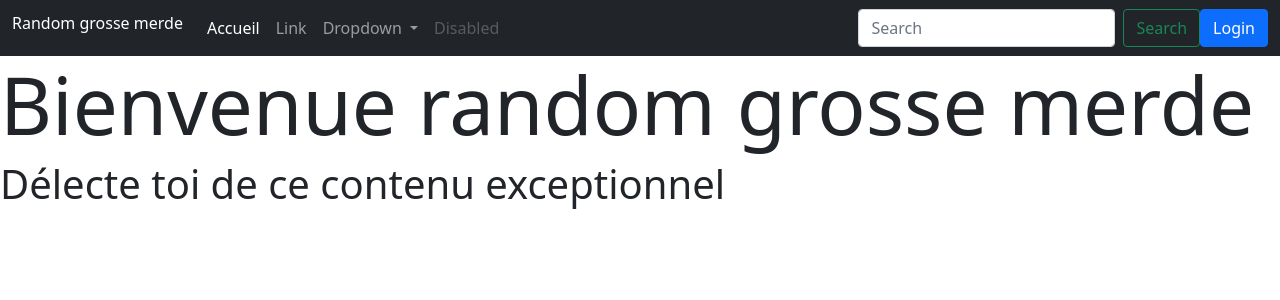
Repository: Mini-T/php-propre
Page: http://localhost/Accueil.php
The author's editor kept a copy of each file at every save. The page is drawn from the files as they stood at one save, then again after the next save.
The browser window is 1280 px wide. The pictures show the whole page.
The page is run by PHP 8.4 with error messages shown; the project is at /var/www/html/. Queries for data that is not in the repository find no rows.

Above is the page before, as saved 2021-03-11 08:51:54.

### proj/Accueil.php

<?php require_once("include/header.inc.php"); ?>
<div id="page">

    <h1 class="display-1 bienvenue"> Bienvenue <?php if(isset($_SESSION['username'])){
        echo $_SESSION['username'] ?> </h1>
    <?php } else {
        echo "random grosse merde";
    } ?>
    <h4 class="display-6 sub">Délecte toi de ce contenu exceptionnel </h2>
</div>
<br>
<div class="affichage">
    <?php
    $affichage = $pdo->query("SELECT * FROM joke");
    while ($fetchaffi = $affichage->fetch(PDO::FETCH_OBJ)) { ?>
        <div class="card" style="width: 18rem;">

            <div class="card-body">
                <h5 class="card-title"><?php echo $fetchaffi->utilisateur ?></h5>
                <h6 class="display-6" style="font-size: 15px;"><?php echo $fetchaffi->date, $fetchaffi->heure ?> </h6>
                <p class="card-text"><?php $fetchaffi->content?></p>
                <a href="#" class="btn btn-primary">Go somewhere</a>
            </div>
        </div>



    <?php } ?>










</div>
<?php require_once("include/footer.inc.php"); ?>

### proj/include/header.inc.php
<!DOCTYPE html>
<html lang="en">

<head>
    <meta charset="UTF-8">
    <meta http-equiv="X-UA-Compatible" content="IE=edge">
    <meta name="viewport" content="width=device-width, initial-scale=1.0">
    <title>Document</title>
    <script src="vendors/js/bootstrap.js"></script>
    <link rel="stylesheet" href="vendors/css/bootstrap.css">
    <link rel="custom" href="/additional-css/FormRegister.css">


    <?php
    require_once 'init/pdo.init.php';
    require_once 'function.php';
    if(isset($_COOKIE['username'])){
        session_start();
        $_SESSION['username'] = $_COOKIE['username'];

    } else {

        if (isset($_COOKIE['stillconnect'])) {
            if (!isset($_SESSION)) {
                session_start();
                $_SESSION['username'] = $_COOKIE['stillconnect'];
                $thatuser = $_SESSION['username'];
                setcookie('stillconnect', $thatuser, time() + 31536000);
            }
        }
    }
    ?>
</head>

<body>

    <nav class="navbar navbar-expand-lg navbar-dark bg-dark">
        <div class="container-fluid">
            <a class="navbar-brand" href="#">
                <?php if (isset($_SESSION['username'])) { ?>
                    <h6 id="navign"> <?php echo $_SESSION['username'] ?></h6>
                <?php } else{ ?>
                    <h6 id="navign"> <?php echo 'Random grosse merde' ?></h6>
               <?php } ?>
            </a>
            <button class="navbar-toggler" type="button" data-bs-toggle="collapse" data-bs-target="#navbarSupportedContent" aria-controls="navbarSupportedContent" aria-expanded="false" aria-label="Toggle navigation">
                <span class="navbar-toggler-icon"></span>
            </button>
            <div class="collapse navbar-collapse" id="navbarSupportedContent">
                <ul class="navbar-nav me-auto mb-2 mb-lg-0">
                    <li class="nav-item">
                        <a class="nav-link active" aria-current="page" href="./Accueil.php">Accueil</a>
                    </li>
                    <li class="nav-item">
                        <a class="nav-link" href="#">Link</a>
                    </li>
                    <li class="nav-item dropdown">
                        <a class="nav-link dropdown-toggle" href="#" id="navbarDropdown" role="button" data-bs-toggle="dropdown" aria-expanded="false">
                            Dropdown
                        </a>
                        <ul class="dropdown-menu" aria-labelledby="navbarDropdown">
                            <li><a class="dropdown-item" href="#">Action</a></li>
                            <li><a class="dropdown-item" href="#">Another action</a></li>
                            <li>
                                <hr class="dropdown-divider">
                            </li>
                            <li><a class="dropdown-item" href="#">Something else here</a></li>
                        </ul>
                    </li>
                    <li class="nav-item">
                        <a class="nav-link disabled" href="#" tabindex="-1" aria-disabled="true">Disabled</a>
                    </li>
                </ul>


                <form class="d-flex">
                    <input class="form-control me-2" type="search" placeholder="Search" aria-label="Search">
                    <button class="btn btn-outline-success" type="submit">Search</button>

                </form>
                <?php if (isset($_SESSION['username'])) { ?>
                    <form action="#" method="post">
                            <input type="submit" value="Logout" class="btn btn-primary Logout" name="Logout" /></form>
                    <?php
                    if(isset($_POST['Logout'])){
                        session_destroy();
                        $_SESSION = array();
                        unset($_COOKIE['username']);
                        unset($_COOKIE['stillconnect']);
                    }
                } else { ?>
                        <form action="/proj/FormLogin.php" method="post">
                            <input type="submit" value="Login" class="btn btn-primary Login" name="Login" /></form>
                    <?php } ?>


            </div>
        </div>
    </nav>
    <div class="main">

### proj/include/init/pdo.init.php
<?php try {
    $pdo = new PDO("mysql:host=localhost;dbname=réseau", "root", "");

    $pdo->setAttribute(PDO::ATTR_ERRMODE, PDO::ERRMODE_EXCEPTION);
} catch (PDOException $e) {

    echo "Connection failed: " . $e->getMessage();
}
?>

### proj/include/function.php
<?php
function InputCompletionCheck($a, $b, $c, $a1, $b1, $c1) {
   if (empty($a)) {

    echo "veuillez rentrer votre $a1";

} elseif (empty($b)) {

    echo "veuillez rentrer votre $b1 ça sert des fois";

} elseif (empty($c)) {

    echo "veuillez définir votre $c1 c'est important en vrai";

}
} ?>

Loaded but not shown: proj/include/footer.inc.php (common file); proj/vendors/js/bootstrap.js (library); proj/vendors/css/bootstrap.css (library)

After the next save:
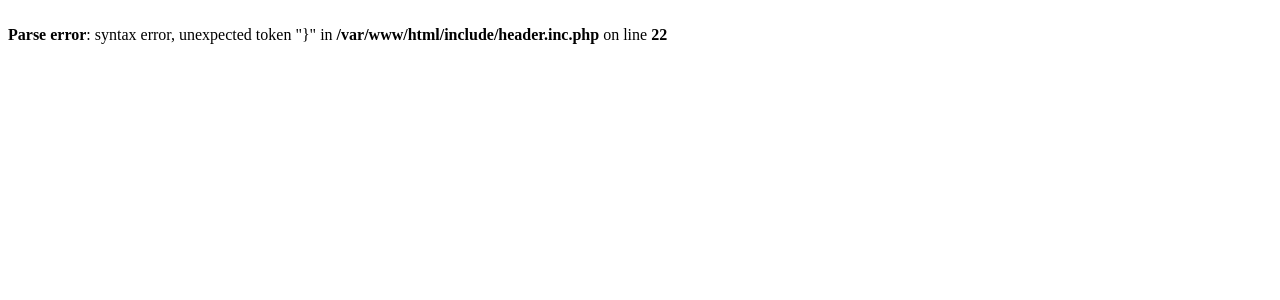
Saved 4 min 28 s later.
--- a/proj/include/header.inc.php
+++ b/proj/include/header.inc.php
@@ -17,7 +17,8 @@
     if(isset($_COOKIE['username'])){
         session_start();
         $_SESSION['username'] = $_COOKIE['username'];
-
+        unset($_COOKIE['username']);
+        setcookie('username', null, -1, '/')
     } else {
 
         if (isset($_COOKIE['stillconnect'])) {

After the save that followed:
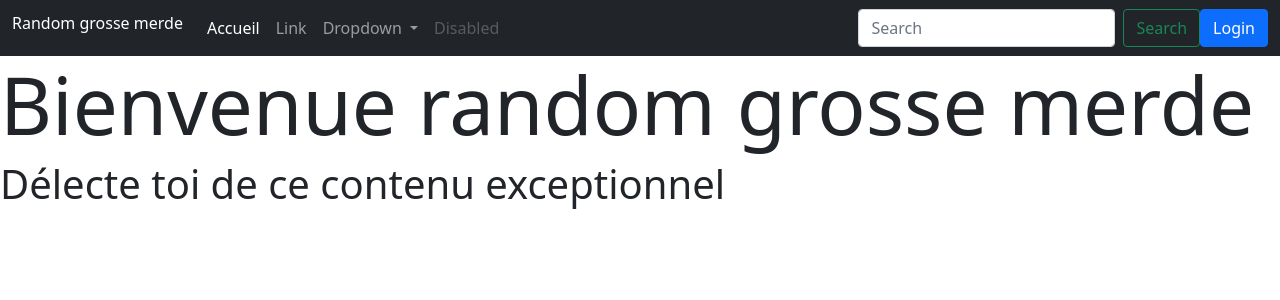
Saved 11 s later.
--- a/proj/include/header.inc.php
+++ b/proj/include/header.inc.php
@@ -18,7 +18,7 @@
         session_start();
         $_SESSION['username'] = $_COOKIE['username'];
         unset($_COOKIE['username']);
-        setcookie('username', null, -1, '/')
+        setcookie('username', null, -1, '/');
     } else {
 
         if (isset($_COOKIE['stillconnect'])) {
